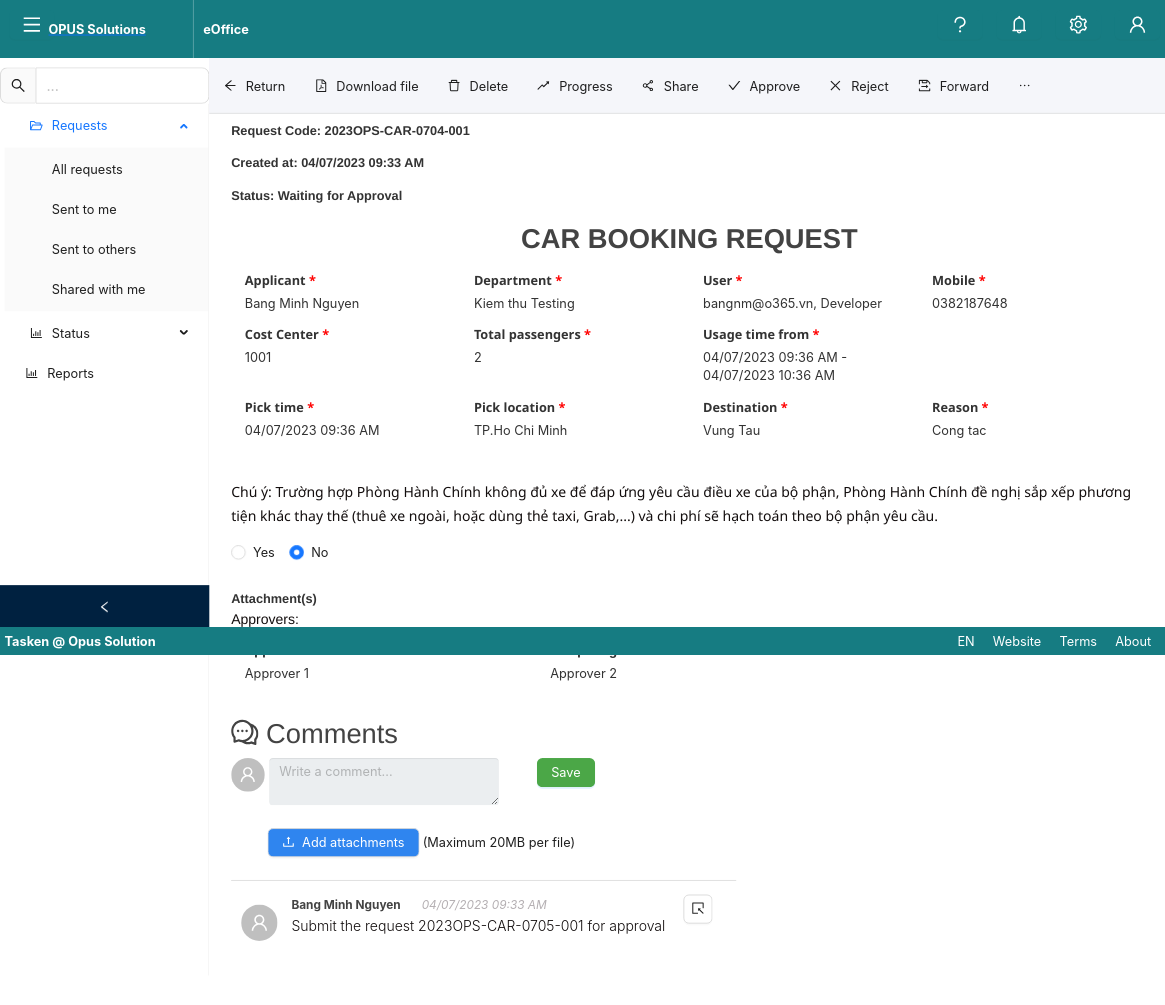
Repository: vannam272008/car-booking
Page: /request/detail
These files come from the project's save history. The page is drawn as it stood at one moment and after the next save; the edit follows.
The browser window is 1280 px wide. The pictures show the whole page, at 91% of full size.
The project was rebuilt for these pictures with package versions that can differ from the ones it lists, and the page was loaded fresh each time. Also part of the build but not shown: src/Pages/ManageRequest/index.css, src/Pages/ManageRequest/ManageRequest.tsx, src/Components/AddRequest/MenuAdd/menuAdd.tsx, src/Components/AddRequest/SendApprover/sendApprover.css, src/Components/AddRequest/SendApprover/sendApprover.tsx, src/Components/AddRequest/AddRequest/addRequest.css, src/Components/AddRequest/AddRequest/addRequest.tsx. Imported but missing from the stored project, and not drawn on this page: src/Pages/Home.

Above is the page before, as saved 2023-07-10 11:05:51.

### src/index.tsx
import React from 'react';
import ReactDOM from 'react-dom/client';
import './index.css';
import App from './App';
import reportWebVitals from './reportWebVitals';
import { BrowserRouter } from 'react-router-dom';
import { Provider } from 'react-redux';
import { configureStore } from '@reduxjs/toolkit';
import requestReducer from './Reducers/requestReducer';
import { store } from './Store/store';


const root = ReactDOM.createRoot(
  document.getElementById('root') as HTMLElement
);
root.render(
  <Provider store={store}>
    <React.StrictMode>
      <BrowserRouter>
        <App />
      </BrowserRouter>
    </React.StrictMode>
  </Provider>
);

// If you want to start measuring performance in your app, pass a function
// to log results (for example: reportWebVitals(console.log))
// or send to an analytics endpoint. Learn more: https://bit.ly/CRA-vitals
reportWebVitals();

### src/App.tsx
import { Route, Routes } from 'react-router-dom';
import './App.css';
import Home from './Pages/Home';
import DetailRequest from './Components/DetailRequest/DetailRequest/detailRequest';
import ManageRequest from './Pages/ManageRequest/ManageRequest';
import AddRequest from './Components/AddRequest/AddRequest/addRequest';


function App() {
  return (
    <Routes>
      <Route path="/" element={<Home />} />
      <Route path="/request/carbooking" element={<ManageRequest />} />
      <Route path="/request/detail" element={<DetailRequest />} />
      <Route path='/request/addrequest' element={<AddRequest />} />
      {/* <Route path="/employee/create" element={<AddEmployee />} />
        <Route path="/department/create" element={<AddDepartment />} /> */}
    </Routes>
  );
}

export default App;

### src/Store/store.ts
import requestReducer from "../Reducers/requestReducer";
import { configureStore, createStore } from "@reduxjs/toolkit";


// export const store = configureStore({
//     reduder: {
//         request: requestReducer
//     }
// });

export const store = createStore(requestReducer);

### src/Reducers/requestReducer.ts
// interface RequestState {
//     requestList: string[]
// }

const initState = {
    requestList: [],
    success: true,
}

const requestReducer = (state = initState, action: { type: any; payload: any }) => {
    switch (action.type) {
        case 'SET_REQUEST_LIST':
            return {
                ...state,
                requestList: action.payload,
                success: false
            }
        default:
            return state
    }
}

export default requestReducer

### src/Components/DetailRequest/Menu/menu.tsx
import React, { useState } from 'react';
import { Button, Checkbox, Input, Menu, Modal, Select } from 'antd';
import './menu.css'
import {
    ArrowLeftOutlined,
    FilePdfOutlined,
    DeleteOutlined,
    RiseOutlined,
    ShareAltOutlined,
    CheckOutlined,
    CloseOutlined,
    DeliveredProcedureOutlined,
    EllipsisOutlined
} from '@ant-design/icons';
import { CheckboxChangeEvent } from 'antd/es/checkbox';

function MenuRequest(): JSX.Element {

    const { Option } = Select;

    const [isModalOpenDelete, setIsModalOpenDelete] = useState(false);
    const [isModalOpenApprove, setIsModalOpenApprove] = useState(false);
    const [isModalOpenReject, setIsModalOpenReject] = useState(false);
    const [isModalOpenShare, setIsModalOpenShare] = useState(false);

    const showModalDelete = () => {
        setIsModalOpenDelete(true);
    }

    const showModalShare = () => {
        setIsModalOpenShare(true);
    }

    const showModalApprove = () => {
        setIsModalOpenApprove(true);
    };

    const showModalReject = () => {
        setIsModalOpenReject(true);
    };

    const handleDelete = () => {
        setIsModalOpenDelete(false);
    }

    const onChangeCheckbox = (e: CheckboxChangeEvent) => {
        console.log(`checked = ${e.target.checked}`);
    };

    const handleShare = () => {
        setIsModalOpenShare(false);
    }

    const handleApprove = () => {
        setIsModalOpenApprove(false);
    }

    const handleReject = () => {
        setIsModalOpenReject(false);
    };

    const handleClose = () => {
        setIsModalOpenDelete(false);
        setIsModalOpenShare(false);
        setIsModalOpenApprove(false);
        setIsModalOpenReject(false);
    };

    return (
        <div>
            <Menu mode="horizontal" className='fixed-menu'>
                <Menu.Item key="return" icon={<ArrowLeftOutlined />}>
                    Return
                </Menu.Item>
                <Menu.Item key="download" icon={<FilePdfOutlined />}>
                    Download file
                </Menu.Item>
                <Menu.Item onClick={showModalDelete} key="delete" icon={<DeleteOutlined />}>
                    Delete
                </Menu.Item>
                <Modal closable={false} title="Are you sure ?" open={isModalOpenDelete} footer={
                    <div>
                        <Button type="primary" onClick={handleDelete}>OK</Button>
                        <Button onClick={handleClose}>Cancel</Button>
                    </div>
                }>
                    <Checkbox onChange={onChangeCheckbox}>Delete approval tasks related to this request.</Checkbox>
                </Modal>
                <Menu.Item key="progress" icon={<RiseOutlined />}>
                    Progress
                </Menu.Item>
                <Menu.Item onClick={showModalShare} key="share" icon={<ShareAltOutlined />}>
                    Share
                </Menu.Item>
                <Modal className="select-user-share" title="Share" open={isModalOpenShare} footer={
                    <div >
                        <Button type="primary" onClick={handleShare}>Share</Button>
                        <Button onClick={handleClose}>Close</Button>
                    </div>
                }>
                    <Select style={{ width: '100%' }}>
                        <Option value="1">bangnm@o365.vn, Developer</Option>
                        <Option value="2">bu.test5@o365.vn, Tài xế</Option>
                    </Select>
                </Modal>
                <Menu.Item onClick={showModalApprove} key="approve" icon={<CheckOutlined />}>
                    Approve
                </Menu.Item>
                <Modal title="Note" closable={false} open={isModalOpenApprove} footer={
                    <div>
                        <Button type="primary" onClick={handleApprove}>Approve</Button>
                        <Button onClick={handleClose}>Close</Button>
                    </div>
                }>
                    <Input />
                </Modal>
                <Menu.Item onClick={showModalReject} key="reject" icon={<CloseOutlined />}>
                    Reject
                </Menu.Item>
                <Modal closable={false} title="Reason" open={isModalOpenReject} footer={
                    <div>
                        <Button type="primary" onClick={handleReject}>Reject</Button>
                        <Button onClick={handleClose}>Close</Button>
                    </div>
                }>
                    <Input />
                </Modal>
                <Menu.Item key="forward" icon={<DeliveredProcedureOutlined />}>
                    Forward
                </Menu.Item>
                <Modal className="select-user-share" title="Share" open={isModalOpenShare} footer={
                    <div>
                        <Button type="primary" onClick={handleShare}>Share</Button>
                        <Button onClick={handleClose}>Close</Button>
                    </div>
                }>
                    <Select style={{ width: '100%' }}>
                        <Option value="1">bangnm@o365.vn, Developer</Option>
                        <Option value="2">bu.test5@o365.vn, Tài xế</Option>
                    </Select>
                </Modal>
                <Menu.Item key="ellipsis" icon={<EllipsisOutlined />}>
                </Menu.Item>
            </Menu>
        </div>
    );
}

export default MenuRequest;

### src/Components/RequestLayout/index.jsx
import React, { useState } from 'react';
import { LaptopOutlined, NotificationOutlined, UserOutlined } from '@ant-design/icons';
import { Layout, theme } from 'antd';
import AppHeader from '../../Components/AppHeader';
import AppSider from '../../Components/AppSider';
import AppFooter from '../../Components/AppFooter';

import "./RequestLayout.scss";

const { Content } = Layout;

const RequestLayout = ({ profile, children }) => {
    const {
        token: { colorBgContainer },
    } = theme.useToken();

    return (
        <div className='manage-request'>
            <AppHeader />
            <Content>
                <Layout style={{ padding: '24px 0', backgroundColor: colorBgContainer }}>
                    <AppSider profile={profile} />
                    <Layout style={{ padding: '24px 0px',backgroundColor: colorBgContainer}}>
                        <Content style={{ padding: '0 24px', minHeight: 280 }}>
                            {children()}
                        </Content>
                    </Layout>
                </Layout>
            </Content>
            <AppFooter />
        </div>


    );
};

export default RequestLayout;

### src/Components/DetailRequest/DetailRequest/detailRequest.css
*{
    box-sizing: border-box;
  }
  .required {
    color: red;
  }
  .page-detail-request{
    min-height: calc(100vh - 83px);
    transition: all 0.3s;
    background-color: #ffffff;
    font-family: "Helvetica Neue",Helvetica,Arial,sans-serif;
    font-size: 14px;
    line-height: 1.42857143;
    color: #333;
    background-color: #fff;
  }

  .info-detail-request{
    margin-top: 85px;
    margin-right: -20px;
    padding-right: 15px;
  }

  .info-basic-detail-request p{
    width: 100%;
    font-weight: 700;
  }

  .title-detail-request{
    color: #434343;
    text-align: center;
    font-size: 30px;
    margin-top: 20px;
    margin-bottom: 20px;
    font-family: inherit;
    font-weight: 500;
    line-height: 1.1;
    font-weight: 700;
  }

  .content-detail-request{
    font-family: "Segoe UI";
    font-size: 14px;
    line-height: 1.42857143;
  }

  .col-detail-request{
    margin-bottom: 15px;
    position: relative;
    min-height: 1px;
    padding-right: 15px;
    padding-left: 15px;
  }

  .col-detail-request label{
    display: inline-block;
    max-width: 100%;
    margin-bottom: 5px;
    font-weight: 700;
    cursor: default;
    font-family: "Segoe UI";
  }
  .attention-detail-request{
    margin-top: 30px;
    margin-bottom: 30px;
    font-family: "Segoe UI";
  }

  .attention-detail-request  p{
    font-size: 1.1em;
    font-weight: 300;
    line-height: 1.7em;
    color: #130e0e;
  }

  .list-approvers p{
    font-size: 1.1em;
    font-weight: 300;
    line-height: 1.7em;
    color: #130e0e;
    margin: 0 0 10px;
  }

  .approver{
    margin-bottom: 15px;
    position: relative;
    min-height: 1px;
    padding-right: 15px;
    padding-left: 15px;
  }

  .approver  label{
    display: inline-block;
    max-width: 100%;
    margin-bottom: 5px;
    font-weight: 700;
    cursor: default;
  }

### src/Components/DetailRequest/Comments/comment.css
.comments-detail-request{
    margin-top: 25px;
}
.title-comment{
    color: #434343 !important;
    font-size: 30px;
    margin-top: 20px;
    margin-bottom: 10px;
    font-family: inherit;
    font-weight: 500;
    line-height: 1.1;
}
.row-comment-box{
    margin-bottom: 25px;
}
.input-comment{
    width: 100%;
    border: none;
    background: #EBEEF0;
    font-size: 14px;
    line-height: 1.42857143;
    color: #555;
    border-radius: 4px;
    box-shadow: inset 0 1px 1px rgba(0,0,0,.075);
}
.btn-comment{
    background-color: rgb(75,167,71);
    color: white;
}
.upload-comment{
    padding-left: 40px;
}
.list-comment{
    max-width: 555px;
    padding: 15px 0;
    border-top: 1px solid #DDDDDD;
}
.reply-upload-comment{
    margin-top: 15px;
}
.comment-avatar{
    float: left;
    width: 40px;
    padding: 1px;
    margin-top: 10px;
    margin-right: 10px;
    margin-left: 10px;
}
.comment-reply{
    width: 65px;
    text-align: right;
}
.comment-content{
    font-size: 1.1em;
    font-weight: 300;
    line-height: 1.7em;
    color: #130e0e;
    margin: 0 0 10px;
}
.comment-author{
    font-weight: 700;
    margin-right: 8px;
    color: #434343;
    font-size: 13px;
    line-height: 1.7em;
}
.comment-date{
    font-size: 13px;
    margin-left: 15px;
    color: #b4afb2;
    font-style: italic;
}
.reply-comment{
    width: 100%;
    border-top: 1px solid #DDDDDD;
    margin-left: 50px;
    padding: 15px 0;
}
.reply-row{
    width: 100%;
    margin-top: 15px;
    padding-bottom: 0;
    display: flex;
    flex-wrap: wrap;
}
.btn-cancel{
    border: 1px solid transparent;
    border-radius: 4px;
    font-size: 14px;
    font-weight: 400;
    line-height: 1.42857143;
    text-align: center;
    background-color: #f0ad4e;
    margin-left: 15px;
    color: #ffffff;
    padding: 4px 12px;
    height: 30px;
}
.btn-save{
    margin-left: 15px;
}
.reply-comment-row{
    width: 505px;
    margin-left: 50px;
    padding: 15px 0;
    border-top: 1px solid #DDDDDD;
    min-width: 444px;
}

### src/Components/DetailRequest/Menu/menu.css
.fixed-menu {
    position: fixed;
    top: 64px;
    width: 100%;
    z-index: 999;
    border-bottom: 1px solid #e1e1e1;
    border-top-left-radius: 0;
    background-color: rgb(245,246,250);
    min-height: 61px;
    display: flex;
    align-items: center;
    flex-wrap: wrap;
    margin-left: -24px;
}

.fixed-menu .Menu.Item {
    white-space: nowrap;
    margin: 0 10px;
    color: #8894A1;
    font-weight: 500;
    text-decoration: none;
    outline: none;
    transition: all 0.3s;
    cursor: pointer;
    background-color: transparent;
}

### src/Components/AppSider/index.tsx
import React, { useState } from 'react';
import type { MenuProps } from 'antd';
import { Layout, Menu, theme, Space } from 'antd';
import { Input } from 'antd';

import { FolderOpenOutlined, BarChartOutlined, SearchOutlined, SettingOutlined } from '@ant-design/icons';
import "./AppSider.scss";



const { Sider } = Layout;

type MenuItem = Required<MenuProps>['items'][number];

function getItem(
    label: React.ReactNode,
    key: React.Key,
    icon?: React.ReactNode,
    children?: MenuItem[],
    type?: 'group',
): MenuItem {
    return {
        key,
        icon,
        children,
        label,
        type,
    } as MenuItem;
}



const AppSider = (props: any) => {

    const items: MenuProps['items'] = [
        getItem('Requests', 'requests', <FolderOpenOutlined />, [
            getItem('All requests', 'all-request'),
            getItem('Sent to me', 'sent-to-me'),
            getItem('Sent to others', 'sent-to-others'),
            getItem('Shared with me', 'shared-with-me'),
        ]),

        getItem('Status', 'status', <BarChartOutlined />, [
            getItem('Draft', 'draft'),
            getItem('Approving', 'approving'),
            getItem('Approved', 'approved'),
            getItem('Rejected', 'rejected'),
        ]),

        getItem('Reports', 'reports', <BarChartOutlined />),

    ];

    const profileItems: MenuProps['items'] = [

        getItem('Setting', 'setting', <SettingOutlined />),

    ];

    const [openItem, setOpenItem] = useState('requests');

    const handleClick: MenuProps['onClick'] = (e) => {
        console.log('click ', e);
    };
    const [collapsed, setCollapsed] = useState(false);
    const {
        token: { colorBgContainer },
    } = theme.useToken();
    return (
        <Sider collapsible collapsed={collapsed} onCollapse={(value) => setCollapsed(value)} style={{ background: colorBgContainer }} width={230}>
            <Space.Compact size="large">
                <Input addonBefore={<SearchOutlined />} placeholder="..." />
            </Space.Compact>
            <Menu
                mode="inline"
                defaultSelectedKeys={[openItem]}
                defaultOpenKeys={['requests']}
                openKeys={[openItem]}
                style={{ height: '100%' }}
                items={props.profile ? profileItems : items}
                onClick={handleClick}
                onOpenChange={(openKey) => {
                    setOpenItem(openKey[1])
                }}
            />
        </Sider>


    )
}

export default AppSider;

### src/Components/AppFooter/index.tsx
import { Layout } from 'antd';
import "./AppFooter.scss";

const { Footer } = Layout

const AppFooter = () => {
    return (
        <Footer className='mcs-footer'>
            <div>
                <span className='footer-left'><b>Tasken @ Opus Solution</b></span>
                <div className='footer-right'>
                    <span>EN</span>
                    <span>Website</span>
                    <span>Terms</span>
                    <span>About</span>
                </div>
            </div>

        </Footer>)
}

export default AppFooter;

### src/Components/AppSider/AppSider.scss
.ant-layout {
        & li {
                padding-left: 5px;
        }

        & .ant-layout-sider {
                position: sticky;
                left: 0;
                margin-top: 50px;



        }

        & .ant-layout-sider-children {}

        & .ant-layout-sider-trigger {
                margin-bottom: 29px;
        }
}

### src/Components/AppFooter/AppFooter.scss
.mcs-footer {
    background-color: #167c82;
    color: #fff;
    position: fixed;
    width: 100%;
    bottom: 0;
    padding: 5px;

    & .footer-left {
        float: left;
    }

    & .footer-right {
        float: right;

        & span {
            padding-left: 10px;
            padding-right: 10px;
        }
    }
}

Loaded but not shown: public/index.html (common file); src/index.css (common file); src/reportWebVitals.ts (common file); src/App.css (common file); src/Components/AppHeader/index.tsx (200 lines, source omitted); src/Components/DetailRequest/Comments/comment.tsx (172 lines, source omitted); src/Components/DetailRequest/DetailRequest/detailRequest.tsx (143 lines, source omitted); src/Components/AppHeader/AppHeader.scss (220 lines, source omitted); src/Components/AddRequest/MenuAdd/menuAdd.css (no stored copy; drawn as an empty file); src/Components/RequestLayout/RequestLayout.scss (no stored copy; drawn as an empty file)

After the next save:
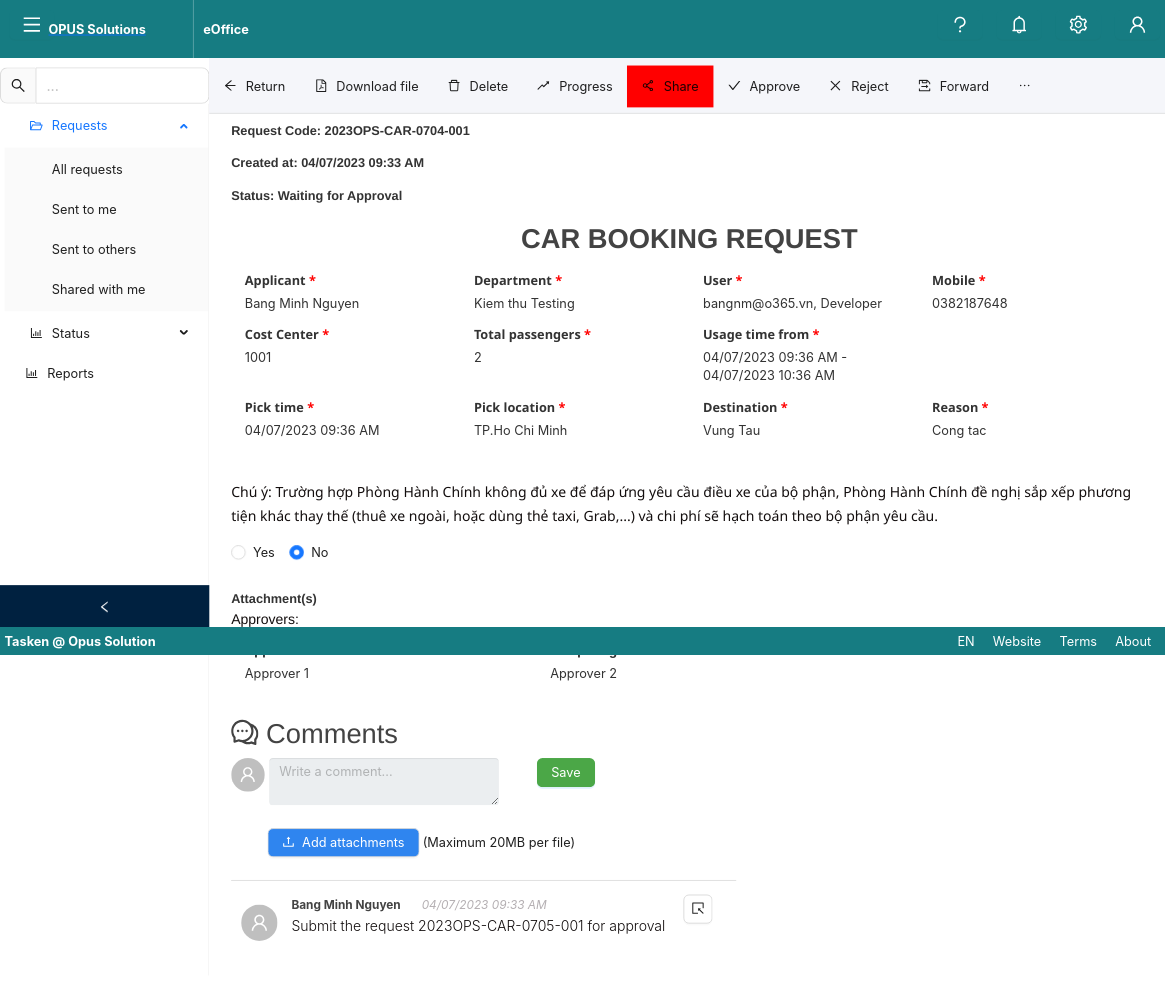
Saved 14 s later.
--- a/src/Components/DetailRequest/Menu/menu.tsx
+++ b/src/Components/DetailRequest/Menu/menu.tsx
@@ -89,7 +89,7 @@
                 <Menu.Item key="progress" icon={<RiseOutlined />}>
                     Progress
                 </Menu.Item>
-                <Menu.Item onClick={showModalShare} key="share" icon={<ShareAltOutlined />}>
+                <Menu.Item onClick={showModalShare} style={{ backgroundColor: 'red' }} key="share" icon={<ShareAltOutlined />}>
                     Share
                 </Menu.Item>
                 <Modal className="select-user-share" title="Share" open={isModalOpenShare} footer={

After the save that followed:
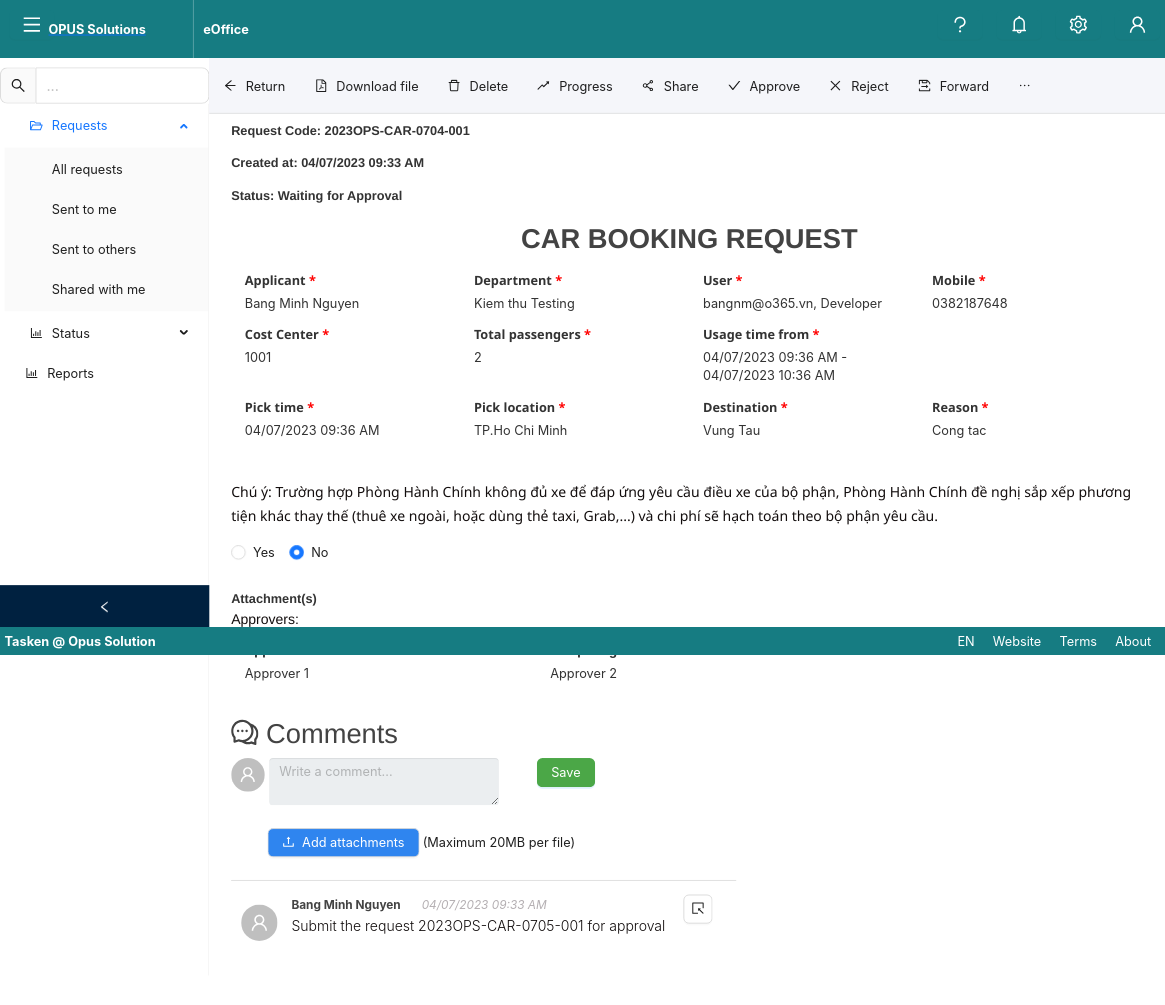
Saved 29 s later.
--- a/src/Components/DetailRequest/Menu/menu.tsx
+++ b/src/Components/DetailRequest/Menu/menu.tsx
@@ -89,7 +89,7 @@
                 <Menu.Item key="progress" icon={<RiseOutlined />}>
                     Progress
                 </Menu.Item>
-                <Menu.Item onClick={showModalShare} style={{ backgroundColor: 'red' }} key="share" icon={<ShareAltOutlined />}>
+                <Menu.Item onClick={showModalShare} key="share" icon={<ShareAltOutlined />}>
                     Share
                 </Menu.Item>
                 <Modal className="select-user-share" title="Share" open={isModalOpenShare} footer={
